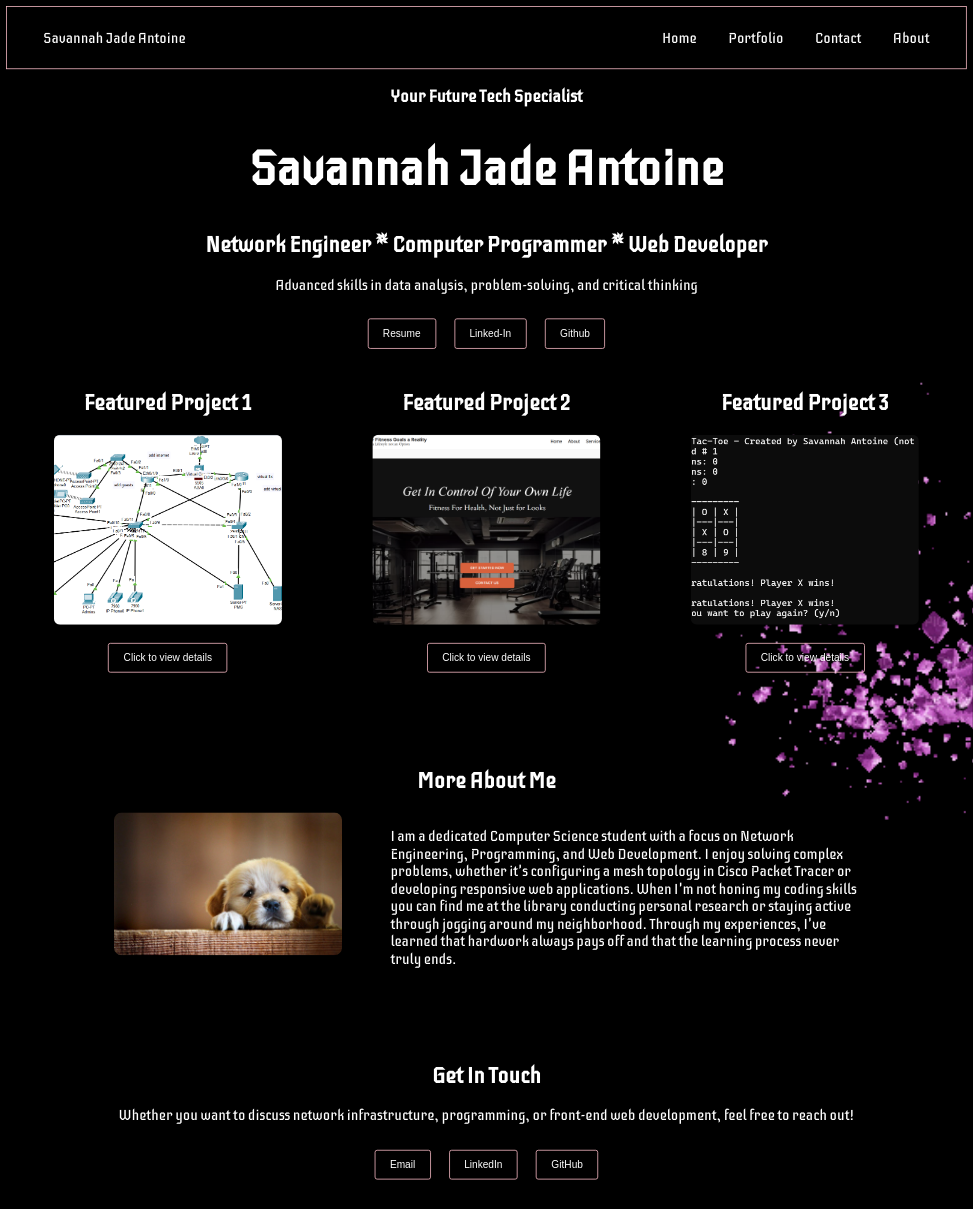
Repository: Savannah-Antoine/Savannah-Antoine
Page: index.html
The author's editor kept a copy of each file at every save. The page is drawn from the files as they stood at one save, then again after the next save.
The browser window is 1280 px wide. The pictures show the whole page, at 76% of full size.

Above is the page before, as saved 2026-05-16 02:02:56.

After the next save:
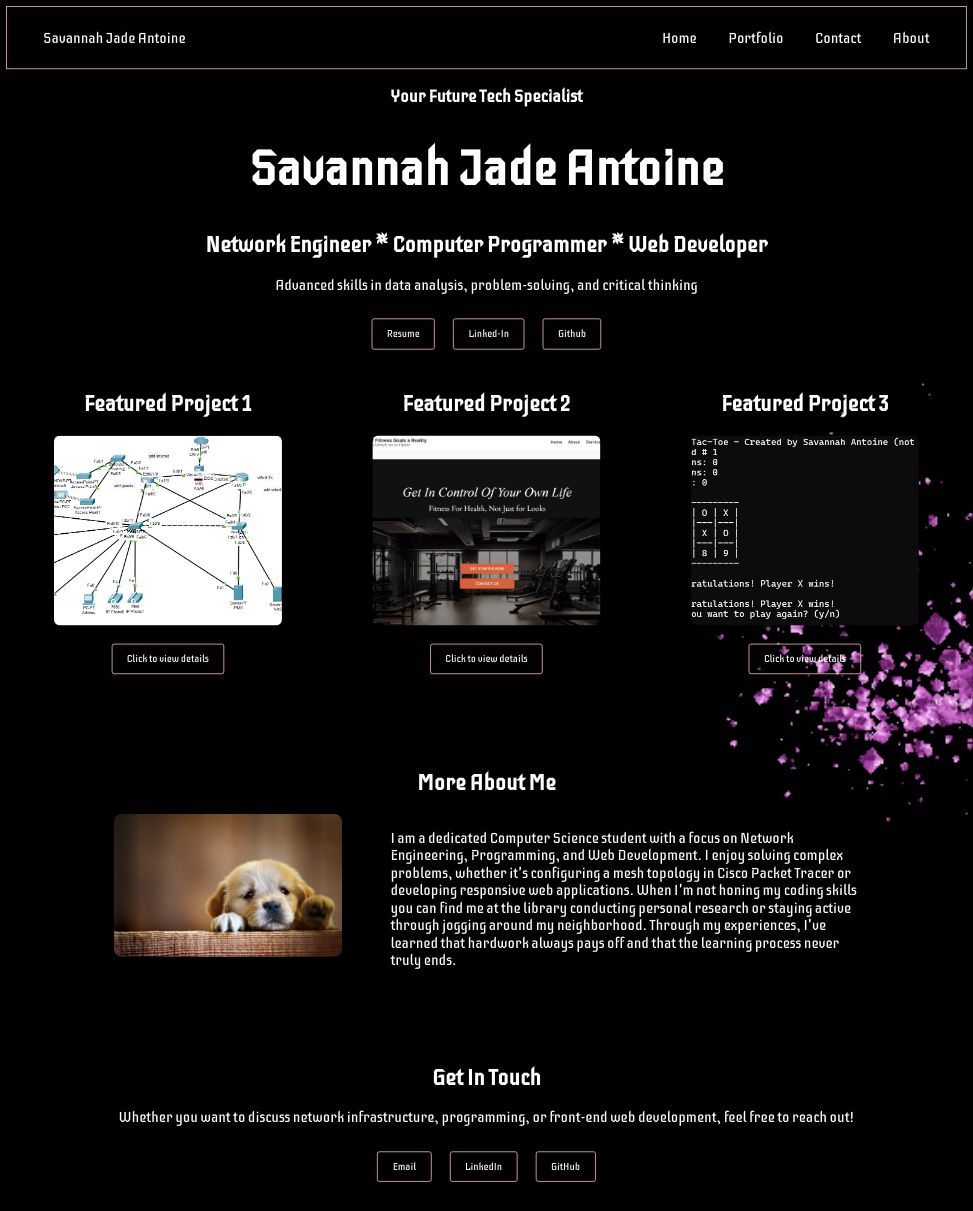
Saved 2 min 6 s later.
--- a/styles/globals.css
+++ b/styles/globals.css
@@ -12,7 +12,7 @@ body {
   color: white;
   font-size: 0.8rem;
   text-align: center;
-  font-family: "ice", serif;
+  font-family: "ice", serif, 'Times New Roman';
 }
 
 .homeButton{
@@ -65,6 +65,7 @@ button {
     transition: all 0.3s ease;
     border-radius: 0.2rem;
     gap: 1rem;
+    font-family: "ice", serif, 'Times New Roman';
 }
 button:hover {
     background-color: pink;
